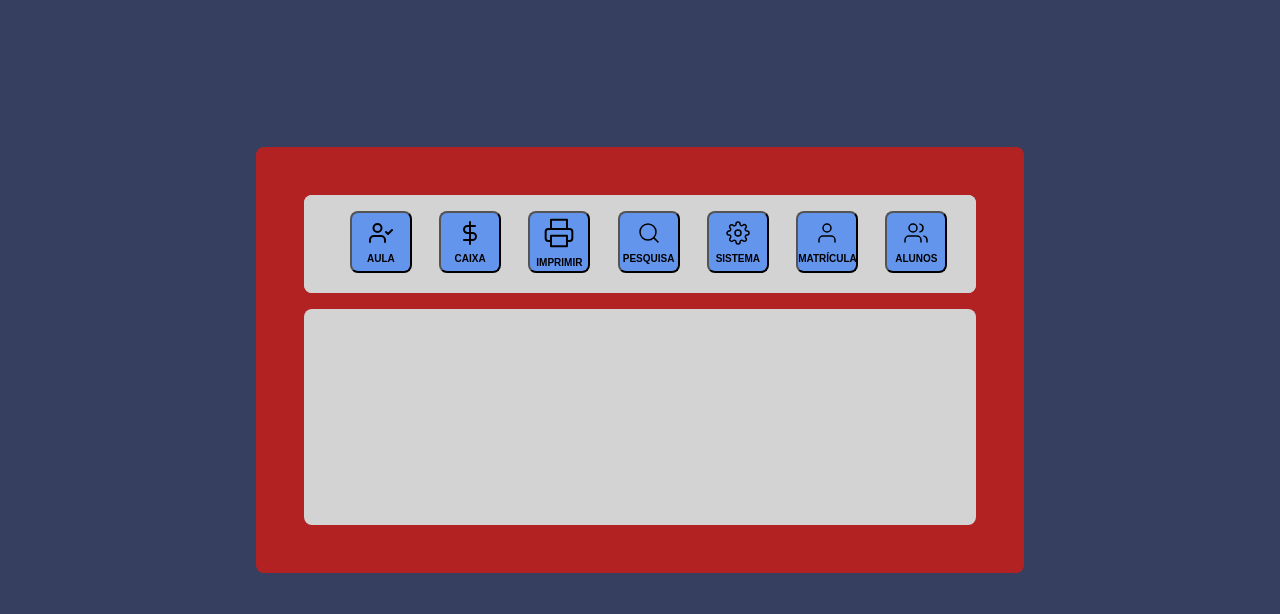
Repository: samantaProspero/projeto_integrador
Page: Versão Atual/PI_Vanila/index.html
The author's editor kept a copy of each file at every save. The page is drawn from the files as they stood at one save, then again after the next save.
The browser window is 1280 px wide. The pictures show the whole page.

Above is the page before, as saved 2021-11-06 12:36:07.
Not found: Versão Atual/PI_Vanila/js/script.js

### Versão Atual/PI_Vanila/index.html
<!DOCTYPE html>
<html lang="pt-BR">
<head>
  <meta charset="UTF-8">
  <meta http-equiv="X-UA-Compatible" content="IE=edge">
  <meta name="viewport" content="width=device-width, initial-scale=1.0">
  <link rel="stylesheet" type="text/css" href="_css/global.css">
  <link rel="stylesheet" type="text/css" href="_css/style.css">
  <title>D Lions</title>
</head>
<body id="home-container">
  <section class="home-content">
    <nav class="home-icons">
      <div class="home-header-painel">
        <div class="home-buttons">
          <div class="home-button" ></div>
          <button class="icon">
            <img id=aula src="assets/icons/aula.svg">
                <p>AULA</p>
          </button>
          <button class="icon">
            <img id=caixa src="assets/icons/dollar.svg">
                <p>CAIXA</p>
          </button>
          <button class="icon">
            <img id=imprimir src="assets/icons/printer.svg">
                <p>IMPRIMIR</p>
          </button>
          <button class="icon">
            <img id=pesquisa src="assets/icons/search.svg">
                <p>PESQUISA</p>
          </button>
          <button class="icon">
            <img id=sistema src="assets/icons/settings.svg">
                <p>SISTEMA</p>
          </button>
          <button class="icon">
            <img id=matricula src="assets/icons/user.svg">
                <p>MATRÍCULA</p>
          </button>
          <button class="icon">
            <img id=alunos src="assets/icons/users.svg">
                <p>ALUNOS</p>
          </button>
        </div>
      </div>

    </nav>
    <div class="lista-alunos">
      <!-- <form id="form-login" action="">
        <div class="input-container">
          <label for="login">Login: </label>
          <input type="text" name="login" id="login">
        </div>
        <div class="input-container">
          <label for="senha">Senha:</label>
          <input type="text" name="senha" id="senha">
        </div>
        <div id="buttons-div">
        <input type="button" value="Login">
        <input type="button" value="Sair">
        </div>
      </form> -->
    </div>
  </section>
  <script src="js/script.js"></script>
</body>
</html>

    <!-- <Container>
      <Content>
        <Icons>
          <Buttons>
            <button type="button" onClick={()=> {}}>
              <Icon>
                <img src={user} alt="matricula" />
              </Icon>
              <p>MATRÍCULA</p>
            </button>
            <button type="button" onClick={()=> {}}>
              <Icon>
                <img src={users} alt="alunos" />
              </Icon>
              <p>ALUNOS</p>
            </button>
            <button type="button" onClick={()=> {}}>
              <Icon>
                <img src={aula} alt="aula" />
              </Icon>
              <p>AULA</p>
            </button>
            <button type="button" onClick={()=> {}}>
              <Icon>
                <img src={dollar} alt="caixa" />
              </Icon>
              <p>CAIXA</p>
            </button>
            <button type="button" onClick={()=> {}}>
              <Icon>
                <img src={printer} alt="print" />
              </Icon>
              <p>IMPRIMIR</p>
            </button>
            <button type="button" onClick={()=> {}}>
              <Icon>
                <img src={search} alt="pesquisa" />
              </Icon>
              <p>PESQUISA</p>
            </button>
            <button type="button" onClick={()=> {}}>
              <Icon>
                <img src={settings} alt="sistema" />
              </Icon>
              <p>SISTEMA</p>
            </button>
          </Buttons>
        </Icons>
        <ListaAlunos>
          {/* <table>
            <thead>
              <th>Código</th>
              <th>Nome</th>
              <th>Telefone</th>
              <th>Email</th>
            </thead>
            <tbody></tbody>
            <tr>
              <td>{cliente[0].codigo}</td>
              <td>{cliente[0].nome}</td>
              <td>{cliente[0].telefone}</td>
              <td>{cliente[0].email}</td>
            </tr>
            <tr>
              <td>{cliente[1].codigo}</td>
              <td>{cliente[1].nome}</td>
              <td>{cliente[1].telefone}</td>
              <td>{cliente[1].email}</td>
            </tr>
          </table> */}
        </ListaAlunos>
      </Content>
    </Container> -->

### Versão Atual/PI_Vanila/_css/global.css
  :root{
    --red: #E52E4D;
    --green: #33CC95;
    --blue: #5429CC;
    --blue-light: #6933FF;
    --text-title: #363F5F;
    --text-body: #969CB2;
    --background: #f0f2f5;
    --shape: #FFFFFF;
    --primary_dark: #363F5F;
  --secondary_dark: #000000;
    --primary: #FF0000;
    --bg_home: #B22222;
    --bg_cadastro:#A52A2A;
    --icon: #6495ED;
    --bg_frame: #D3D3D3;
  }
  /* font verdana 8 bold */

  *{
    margin: 0;
    padding: 0;
    box-sizing: border-box;
  }

  /* // font-size: 16px (Desktop) */
  html{
    @media (max-width: 1080px){
      font-size: 93.75%; //15px
    }
    @media (max-width: 720px){
      font-size: 87.5%;  //14px
    }
  }
  /* //REM = 1rem = 16px */
  body{
    background: var(--primary_dark);
    -webkit-font-smoothing: antialiased;
  }

  body, input, textarea, button {
    font-family: 'Poppins', sans-serif;
    font-weight: 400;
  }

  h1, h2, h3, h4, h5, h6, strong {
    font-weight: 600;
  }

  button {
    cursor: pointer;
  }



  /* [disabled] {
    opacity: 0.6;
    cursor: not-allowed;
  }

  .react-modal-overlay{
    background: rgba(0,0,0,0.5);
    position: fixed;

    top: 0;
    bottom: 0;
    right: 0;
    left: 0;

    display: flex;
    align-items: center;
    justify-content: center;
  }

  .react-modal-content{
    width: 100%;
    max-width: 576px;
    background: var(--background);
    padding: 3rem;
    position: relative;
    border-radius: 0.25rem;
  }

  .react-modal-close{
    position: absolute;
    right: 1.5rem;
    top: 1.5rem;
    border: 0;
    background: transparent;
    transition: 0.2s; */

    /* &:hover{
      filter: brightness(0.9)
    }
  } */

### Versão Atual/PI_Vanila/_css/style.css
#home-container {
width: 100vw;
height: 100vh;
background-color: var(--primary_dark);
display: flex;
/* flex-direction: column; */
align-items: center;
justify-content: center;
}
.home-content {
width: 60vw;
max-width: 1000px;
/* margin: 0 auto; */
display: flex;
flex-direction: column;
justify-content: center;
align-items: center;
padding: 3rem;
border-radius: 8px;
background-color: var(--bg_home);
}
.home-icons {
width: 100%;
/* display: flex; */
/* flex-direction: rows; */
/* justify-content: center; */
/* align-items: flex-start; */
}
.home-header-painel {
  width: 100%;
  background-color: var(--bg_frame);
  display: flex;
  flex-direction: row;
  flex: 1;
  justify-content: space-between;
  align-items: center;
  border-radius: 8px;
}
.home-buttons {
width: 100%;
background-color: var(--bg_frame);
display: flex;
justify-content: space-around;
align-items: flex-start;
padding: 15px;
border-radius:  8px;

padding-top: 0.7rem;
}
.home-buttons button{
  width: 62px;
  height: 62px;
  margin: 5px;
  border-radius:  8px;
  background-color: var(--icon);
}

.home-buttons p{
    font-weight: bold;
    font-size: 10px;
    padding-top: 5px;
  }

.lista-alunos {
width: 100%;
height: 30vh;
background-color: var(--bg_frame);
display: flex;
justify-content: center;
align-items: flex-start;
border-radius: 8px;
margin-top: 1rem;
padding-top: 1rem;
}

After the next save:
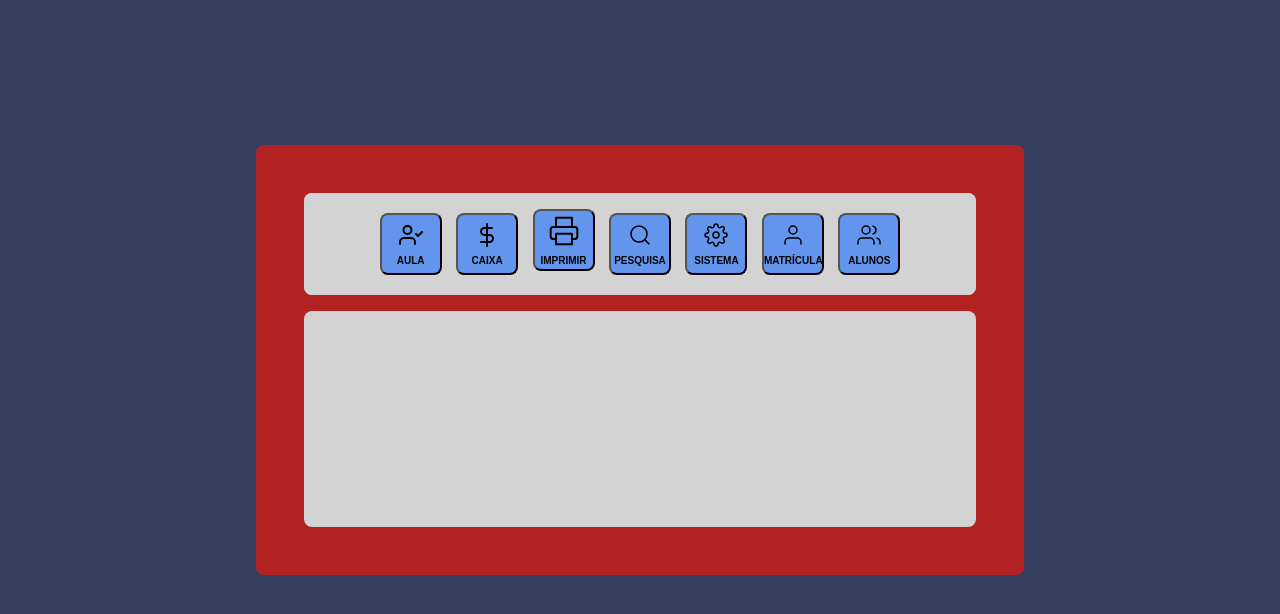
Saved 11 s later.
--- a/Versão Atual/PI_Vanila/index.html
+++ b/Versão Atual/PI_Vanila/index.html
@@ -13,7 +13,7 @@
     <nav class="home-icons">
       <div class="home-header-painel">
         <div class="home-buttons">
-          <div class="home-button" ></div>
+          <div class="home-button" >
           <button class="icon">
             <img id=aula src="assets/icons/aula.svg">
                 <p>AULA</p>
